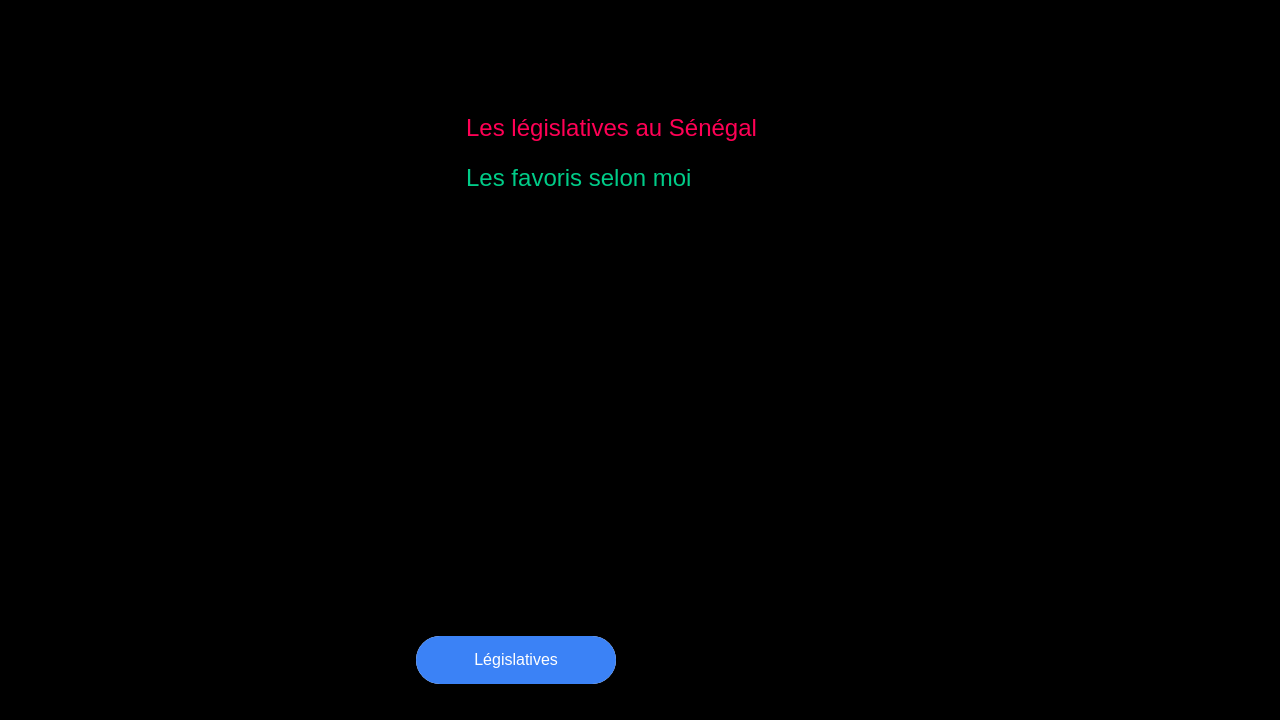
Repository: MDiouf9/legislatives
Page: /
The author's editor kept a copy of each file at every save. The page is drawn from the files as they stood at one save, then again after a run of saves.
The browser window is 1280 px wide. The pictures show the whole page.
The project was rebuilt for these pictures with package versions that can differ from the ones it lists, and the page was loaded fresh each time. The framework's server and built-in components were replaced by stand-ins that run in the browser. Also part of the build but not shown: next.config.ts.

Above is the page before, as saved 2024-10-31 23:31:12.

### src/app/layout.tsx
import type { Metadata } from "next";
import localFont from "next/font/local";
import "./globals.css";


const geistSans = localFont({
  src: "./fonts/GeistVF.woff",
  variable: "--font-geist-sans",
  weight: "100 900",
});
const geistMono = localFont({
  src: "./fonts/GeistMonoVF.woff",
  variable: "--font-geist-mono",
  weight: "100 900",
});

export const metadata: Metadata = {
  title: "Legislatives 2024",
  description: " Pour mettre en avant les legislatives ",
};

export default function RootLayout({
  children,
}: Readonly<{
  children: React.ReactNode;
}>) {
  return (
    <html lang="en">
      <body
        className={`${geistSans.variable} ${geistMono.variable} antialiased`}
      >
        {children}
      </body>
    </html>
  );
}

### src/app/page.tsx
"use client"

import { div } from "framer-motion/client"
import { Boutton } from "./Composants/Boutton"
import Text from "./Composants/Text";


export default function Page() {
  return (


  <div className="flex justify-center items-center min-h-screen">

   <div className="max-w-md ">
      <div className=" ">
           <Text/>
          <Boutton/>
      </div>

   </div>

  </div>
   )
}

### src/app/globals.css
@tailwind base;
@tailwind components;
@tailwind utilities;

/* :root {
  --background: #ffffff;
  --foreground: #171717;
}

@media (prefers-color-scheme: dark) {
  :root {
    --background: #0a0a0a;
    --foreground: #ededed;
  }
} */

body {
  /* color: var(--foreground);*/
  background: black;
  font-family: Arial, Helvetica, sans-serif;
}

### src/app/Composants/Boutton.tsx
import React, { useState } from 'react';
import { AnimatePresence, motion } from 'framer-motion';
import { X } from 'lucide-react';

interface Logo {
  id: number;
  src: string;
  photo: string;
  shadowColor: string; // Ajout de la couleur d'ombre personnalisée
}

const logos: Logo[] = [
  {
    id: 1,
    src: '/pastef.jpg',
    photo: '/soko.jpg',
    shadowColor: 'rgba(59, 130, 246, 0.5)' // Bleu
  },
  {
    id: 2,
    src: '/jame.jpg',
    photo: '/amaba.jpg',
    shadowColor: 'rgba(16, 185, 129, 0.5)' // Vert
  },
  {
    id: 3,
    src: '/samekadu.jpg',
    photo: '/bandit.jpg',
    shadowColor: 'rgba(236, 72, 153, 0.5)' // Rose
  }
];

export const Boutton = () => {
  const [isRevealed, setIsRevealed] = useState(false);
  const [selectedLogo, setSelectedLogo] = useState<Logo | null>(null);

  const containerVariants = {
    initial: { width: '200px', borderRadius: '9999px' },
    revealed: { width: '100%', borderRadius: '16px', transition: { duration: 0.5, ease: 'easeInOut' } }
  };

  const logoVariants = {
    initial: { opacity: 0, x: -20 },
    revealed: { opacity: 1, x: 0, transition: { duration: 0.3 } }
  };

  const imageVariants = {
    initial: {
      opacity: 0,
      scale: 0.9,
      boxShadow: '0 0 0 rgba(0,0,0,0)'
    },
    revealed: {
      opacity: 1,
      scale: 1,
      boxShadow: '0 8px 32px', // L'ombre sera définie dynamiquement
      transition: {
        duration: 0.3,
        boxShadow: { duration: 0.4 }
      }
    },
    exit: {
      opacity: 0,
      scale: 0.9,
      boxShadow: '0 0 0 rgba(0,0,0,0)',
      transition: { duration: 0.2 }
    }
  };

  const toggleRevealed = () => {
    setIsRevealed(!isRevealed);
    setSelectedLogo(null);
  };

  const handleLogoClick = (logo: Logo) => {
    if (selectedLogo?.id === logo.id) {
      setSelectedLogo(null);
    } else {
      setSelectedLogo(logo);
    }
  };

  return (
    <div className="relative flex flex-col gap-4">
      <AnimatePresence mode="wait">
        {selectedLogo && (
          <motion.div
            key={selectedLogo.id}
            initial="initial"
            animate="revealed"
            exit="exit"
            variants={imageVariants}
            style={{
              boxShadow: `0 8px 32px ${selectedLogo.shadowColor}`
            }}
            className="w-full rounded-lg overflow-hidden"
          >
            <motion.img
              src={selectedLogo.photo}
              alt="Selected logo"
              className="w-full h-48 object-cover"
              layoutId={`photo-${selectedLogo.id}`}
            />
          </motion.div>
        )}
      </AnimatePresence>

      <motion.div
        className='bg-white shadow-lg rounded-full overflow-hidden'
        initial="initial"
        animate={isRevealed ? 'revealed' : 'initial'}
        variants={containerVariants}
      >
        {!isRevealed ? (
          <motion.button
            onClick={toggleRevealed}
            className="px-6 py-3 bg-blue-500 text-white w-full flex items-center justify-center"
            whileHover={{ scale: 1.05 }}
            whileTap={{ scale: 0.95 }}
          >
            Législatives
          </motion.button>
        ) : (
          <motion.div
            className='flex items-center space-x-4 p-4'
            initial="initial"
            animate="revealed"
            variants={logoVariants}
          >
            {logos.map((logo) => (
              <motion.div
                key={logo.id}
                onClick={() => handleLogoClick(logo)}
                className={`relative cursor-pointer transition-transform duration-200 ${
                  selectedLogo?.id === logo.id ? 'scale-110' : ''
                }`}
                whileHover={{ scale: 1.05 }}
                whileTap={{ scale: 0.95 }}
              >
                <motion.div
                  className="rounded-full"
                  style={{
                    boxShadow: selectedLogo?.id === logo.id
                      ? `0 0 12px ${logo.shadowColor}`
                      : 'none'
                  }}
                >
                  <img
                    src={logo.src}
                    alt="logo parties"
                    className='w-10 h-10 rounded-full object-cover'
                  />
                </motion.div>
              </motion.div>
            ))}
            <motion.button
              onClick={toggleRevealed}
              className="ml-auto bg-red-500 text-white p-2 rounded-full"
              whileHover={{ scale: 1.1 }}
              whileTap={{ scale: 0.95 }}
            >
              <X />
            </motion.button>
          </motion.div>
        )}
      </motion.div>
    </div>
  );
};

### src/app/Composants/Text.tsx
import React from "react";
import { motion, Variants } from "framer-motion";

// Définition des propriétés du composant AnimatedText
interface AnimatedTextProps {
  text: string;
  x: number;
  y: number;
  fontSize?: number;
  fill?: string;
  delay: number;
}

// Variants pour l'animation du texte
const drawText: Variants = {
  hidden: { opacity: 0 },
  visible: (custom: number) => ({
    opacity: 1,
    transition: {
      opacity: { delay: custom, duration: 0.5 },
    },
  }),
};

// Composant AnimatedText avec les props typées
const AnimatedText: React.FC<AnimatedTextProps> = ({ text, x, y, fontSize = 24, fill = "#000", delay }) => (
  <motion.text
    x={x}
    y={y}
    fontSize={fontSize}
    fill={fill}
    variants={drawText}
    custom={delay}
    initial="hidden"
    animate="visible"
  >
    {text}
  </motion.text>
);

// Composant principal Text
const Text: React.FC = () => {
  return (
    <motion.svg
      width="600"
      height="600"
      viewBox="0 0 600 600"
      initial="hidden"
      animate="visible"
    >
      {/* Texte animé : "Les législatives au Sénégal" */}
      <AnimatedText
        text="Les législatives au Sénégal"
        x={50}
        y={100}
        fontSize={24}
        fill="#ff0055"
        delay={1}
      />

      {/* Texte animé : "Les favoris selon moi" */}
      <AnimatedText
        text="Les favoris selon moi"
        x={50}
        y={150}
        fontSize={24}
        fill="#00cc88"
        delay={1.5}
      />
    </motion.svg>
  );
};

export default Text;

Loaded but not shown: tailwind.config.ts (common file)

After the next 2 saves:
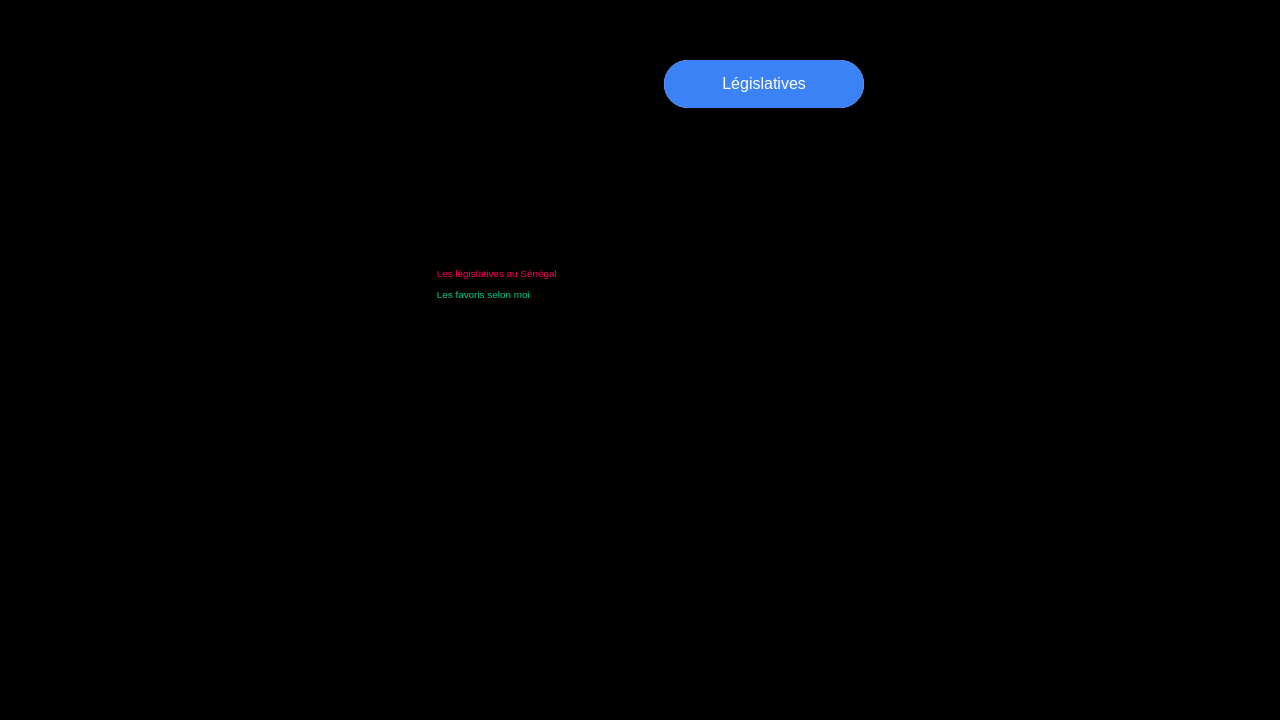
The 2 saves are shown as one change because they came seconds apart.
The last was saved 8 s later.
--- a/src/app/page.tsx
+++ b/src/app/page.tsx
@@ -12,7 +12,7 @@
   <div className="flex justify-center items-center min-h-screen">
 
    <div className="max-w-md ">
-      <div className=" ">
+      <div className=" flex flex">
            <Text/>
           <Boutton/>
       </div>

After the 2 saves that followed:
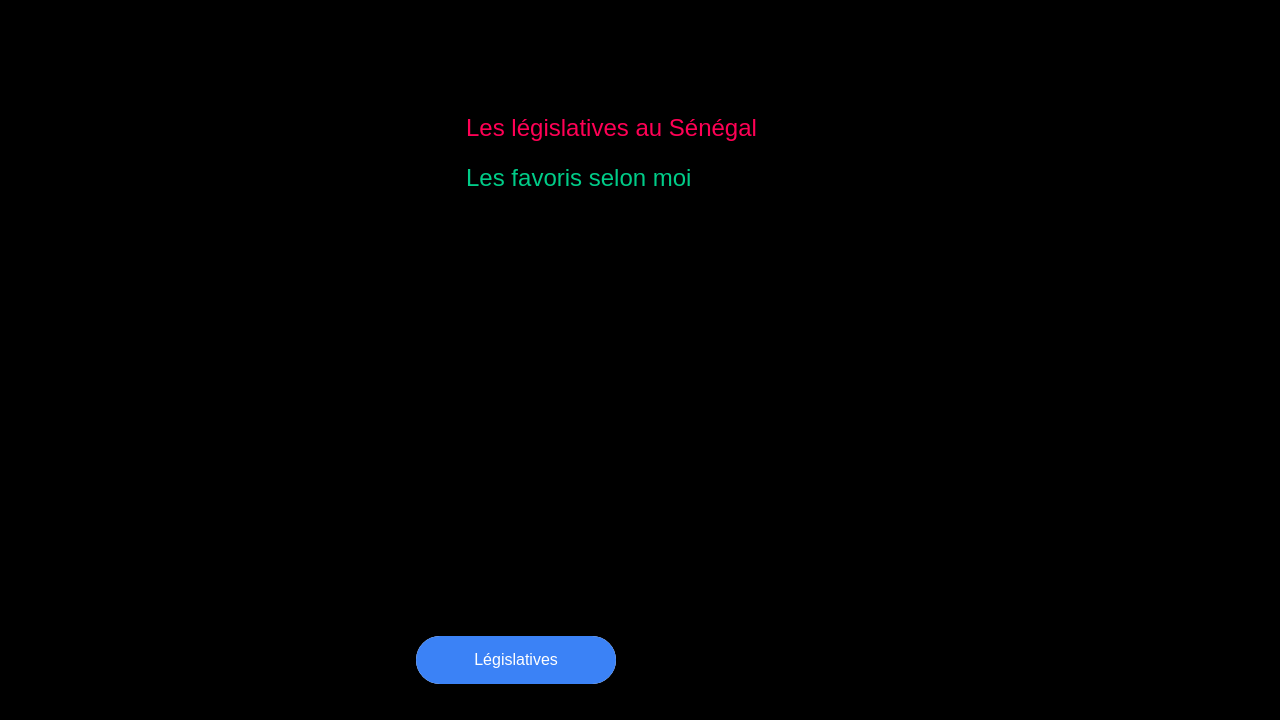
The 2 saves are shown as one change because they came seconds apart.
The last was saved 6 s later.
--- a/src/app/page.tsx
+++ b/src/app/page.tsx
@@ -12,7 +12,7 @@
   <div className="flex justify-center items-center min-h-screen">
 
    <div className="max-w-md ">
-      <div className=" flex flex">
+      <div className=" flex flex-col ">
            <Text/>
           <Boutton/>
       </div>
